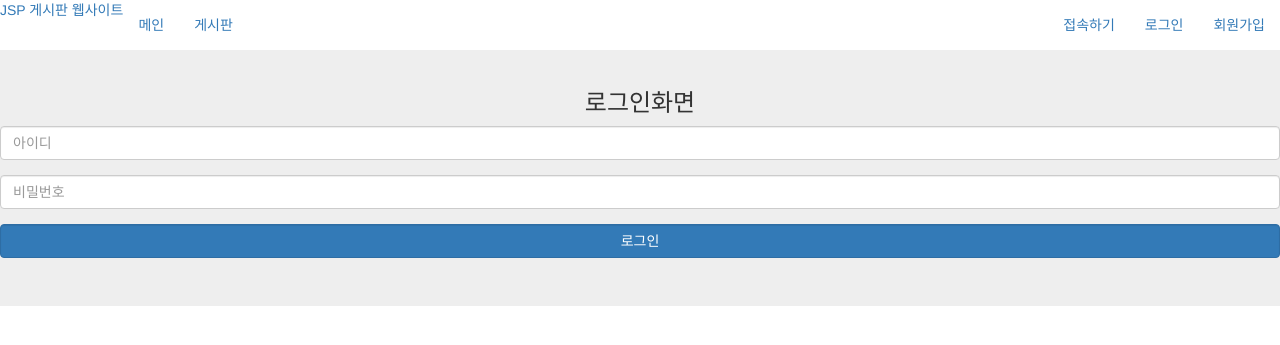
Repository: tlatms2003/BBS
Page: http://localhost/BBS/login.jsp
These files come from the project's save history. The page is drawn as it stood at one moment and after the next save; the edit follows.
The browser window is 1280 px wide. The pictures show the whole page.
Some web libraries are served in a nearby version. The page is served by Tomcat 9.

Above is the page before, as saved 2022-12-04 05:16:33.

After the next save:
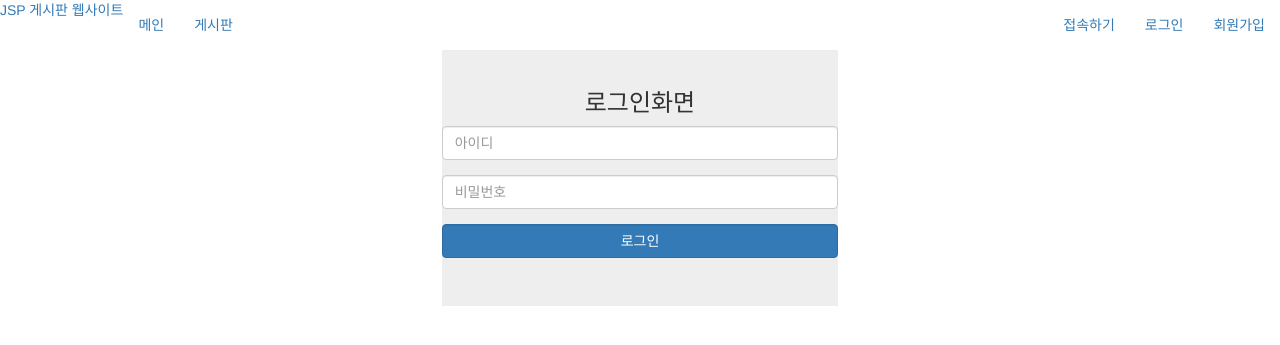
Saved 23 s later.
--- a/BBS/WebContent/login.jsp
+++ b/BBS/WebContent/login.jsp
@@ -43,7 +43,7 @@
 	</div>
 	<div calss=container">
 		<div class="col-lg-4"></div>
-		<div class="col-lg-4"></div>
+		<div class="col-lg-4">
 		<div class="jumbotron" style="padding-top: 20px;">
 			<form method="post" action="loginAction.jsp">
 				<h3 style="text-align: center;">로그인화면</h3>
